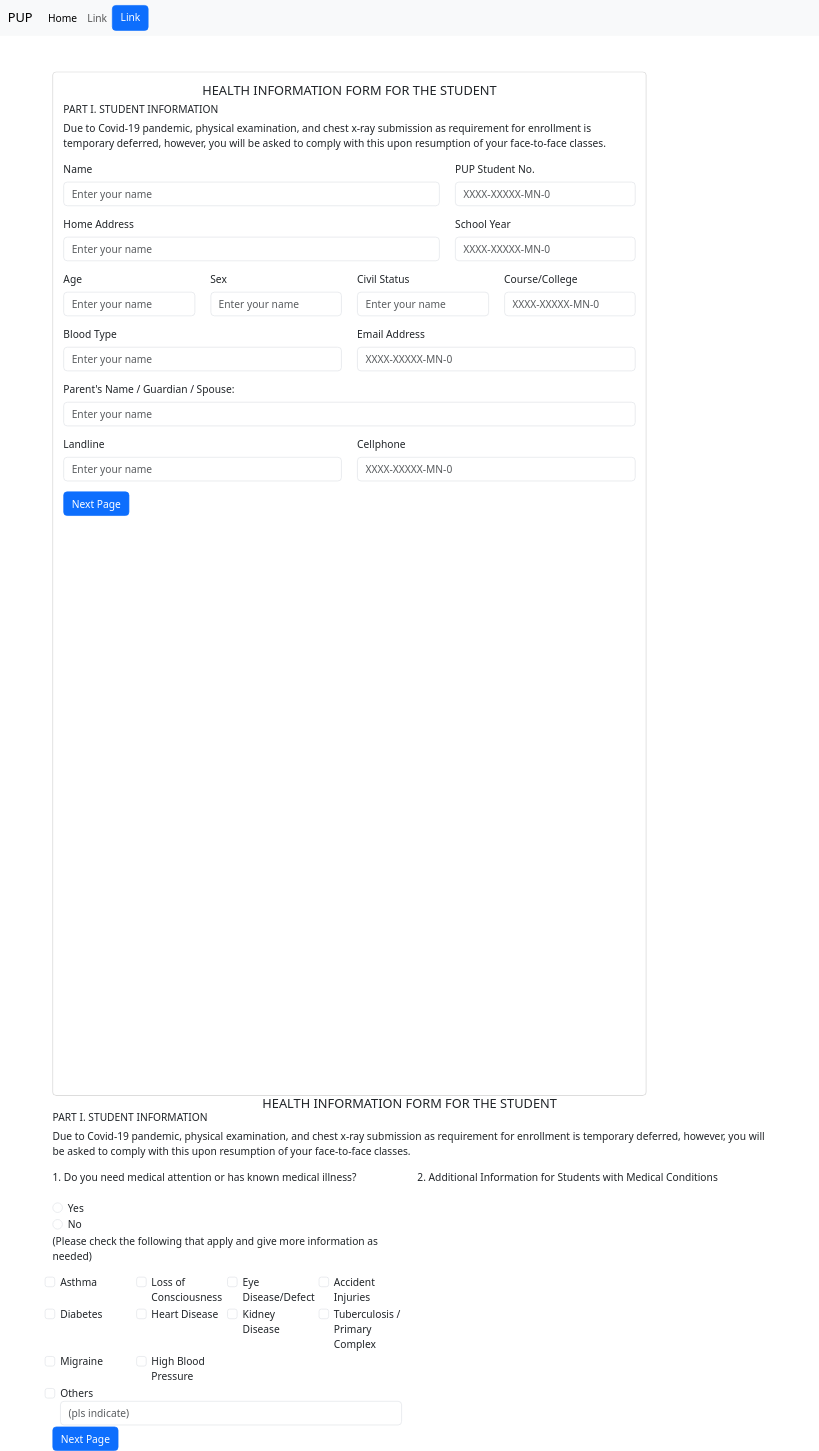
Repository: Nicktacku/webdev
Page: form.html
The author's editor kept a copy of each file at every save. The page is drawn from the files as they stood at one save, then again after the next save.
The browser window is 1280 px wide. The pictures show the whole page, at 64% of full size.

Above is the page before, as saved 2024-07-15 18:50:19.

After the next save:
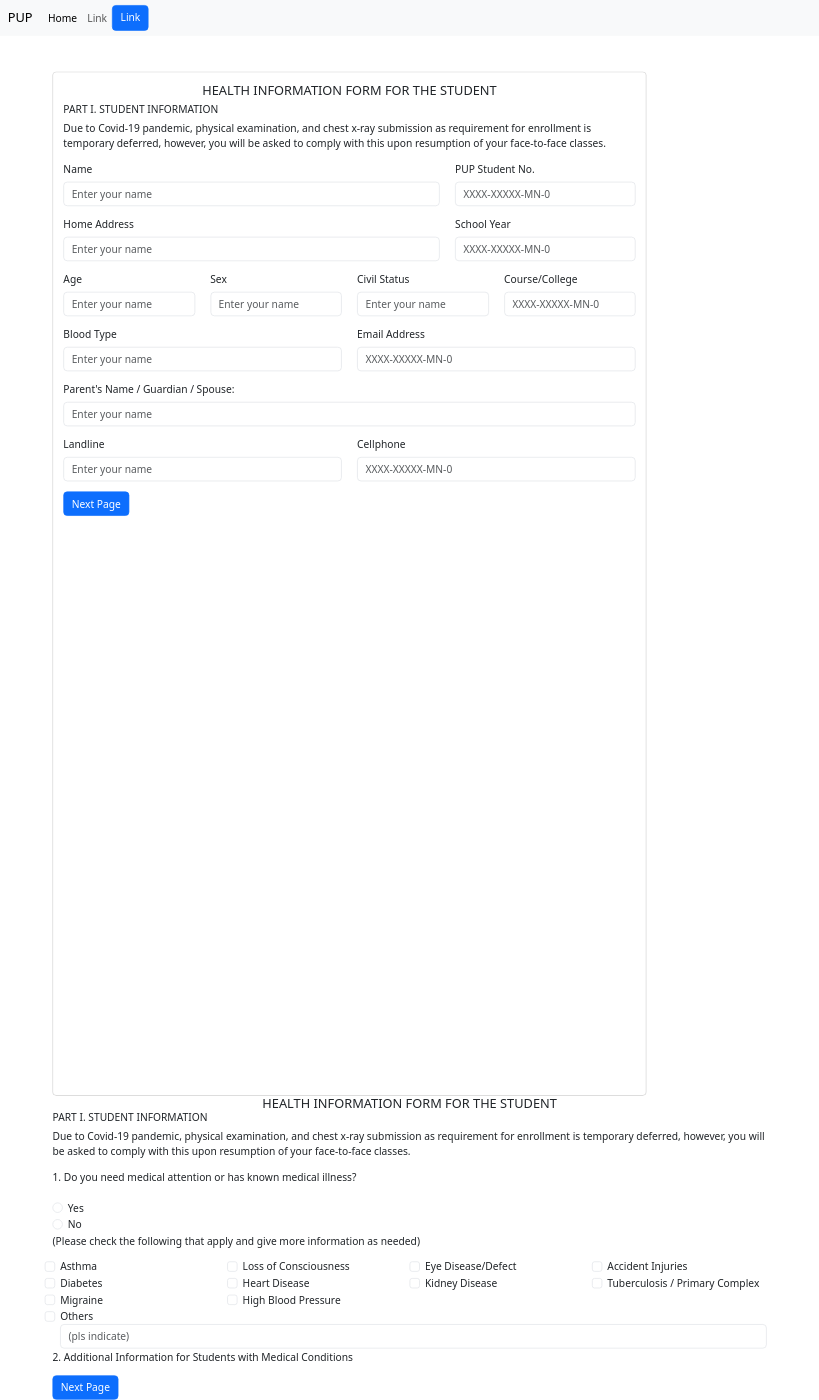
Saved 46 s later.
--- a/form.html
+++ b/form.html
@@ -163,7 +163,7 @@
           temporary deferred, however, you will be asked to comply with this upon resumption of your face-to-face classes.</p>
 
           <div class="row">
-            <div class="col">
+            <div class="col-12">
                 <div class="mb-3">
                     <label for="name" class="form-label">1. Do you need medical attention or has known medical illness?</label>
                 </div>
